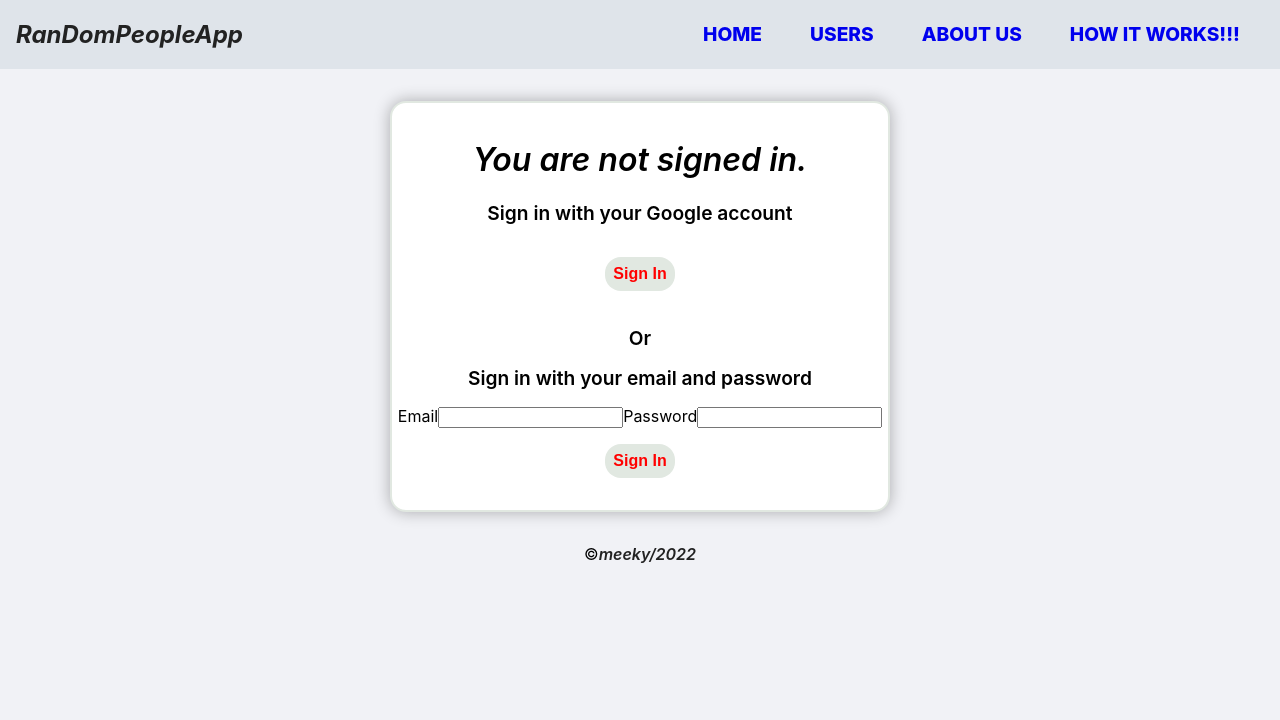
Repository: MikkyPrestige/RandomProfiles
Page: /profileDisplay
An editor plug-in stored every save of this project. The page is shown before and after the next save, followed by the edit.
The browser window is 1280 px wide. The pictures show the whole page.
The page's requests for data from a server got no answer. The project was rebuilt for these pictures with package versions that can differ from the ones it lists, and the page was loaded fresh each time. Some packages were replaced by stand-ins written for this rebuild. No one was signed in, and anything a server would have sent is missing. Also part of the build but not shown: src/assets/styles/home.css, src/components/home.jsx, src/components/users.jsx, src/assets/styles/search.css, src/components/search.jsx, src/assets/styles/help.css, src/components/help.jsx, src/assets/styles/about.css and 5 more.

Above is the page before, as saved 2022-12-02 03:01:24.

### public/index.html
<!DOCTYPE html>
<html lang="en">

<head>
  <meta charset="utf-8" />
  <link rel="icon" href="%PUBLIC_URL%/favicon.ico" />
  <meta name="viewport" content="width=device-width, initial-scale=1" />
  <meta name="theme-color" content="#000000" />
  <meta name="description" content="Web site created using create-react-app" />
  <link rel="apple-touch-icon" href="%PUBLIC_URL%/logo192.png" />
  <!--
      manifest.json provides metadata used when your web app is installed on a
      user's mobile device or desktop. See https://developers.google.com/web/fundamentals/web-app-manifest/
    -->
  <link rel="manifest" href="%PUBLIC_URL%/manifest.json" />
  <!--
      Notice the use of %PUBLIC_URL% in the tags above.
      It will be replaced with the URL of the `public` folder during the build.
      Only files inside the `public` folder can be referenced from the HTML.

      Unlike "/favicon.ico" or "favicon.ico", "%PUBLIC_URL%/favicon.ico" will
      work correctly both with client-side routing and a non-root public URL.
      Learn how to configure a non-root public URL by running `npm run build`.
    -->
  <title>AltSchool Assignment 2</title>
</head>

<body>
  <noscript>You need to enable JavaScript to run this app.</noscript>
  <div id="root"></div>
  <!--
      This HTML file is a template.
      If you open it directly in the browser, you will see an empty page.

      You can add webfonts, meta tags, or analytics to this file.
      The build step will place the bundled scripts into the <body> tag.

      To begin the development, run `npm start` or `yarn start`.
      To create a production bundle, use `npm run build` or `yarn build`.
    -->
</body>

</html>

### src/index.css
body {
  margin: 0;
  font-family: -apple-system, BlinkMacSystemFont, 'Segoe UI', 'Roboto', 'Oxygen',
    'Ubuntu', 'Cantarell', 'Fira Sans', 'Droid Sans', 'Helvetica Neue',
    sans-serif;
  -webkit-font-smoothing: antialiased;
  -moz-osx-font-smoothing: grayscale;
  background-color: #f1f2f6;
}

code {
  font-family: source-code-pro, Menlo, Monaco, Consolas, 'Courier New',
    monospace;
}

### src/App.jsx
import * as React from "react";
import { ErrorBoundary } from "react-error-boundary";
import { Route, Routes } from "react-router-dom";
import {
  Layout,
  Home,
  Users,
  Search,
  Help,
  About,
  Error,
  ErrorFallBack,
  Profile,
  ProfileDisplay,
  Footer,
} from "./components";

const App = () => {
  return (
    <div className="App">
      <main>
        <ErrorBoundary FallbackComponent={ErrorFallBack}>
          <Layout />
          <Routes>
            <Route path="/" element={<Home />} />
            <Route path="users">
              <Route index element={<Users />} />
              <Route path=":id" element={<Search />} />
            </Route>
            <Route path="profile" element={<Profile />} />
            <Route path="profileDisplay" element={<ProfileDisplay />} />
            <Route path="help" element={<Help />} />
            <Route path="about" element={<About />} />
            <Route path="*" element={<Error />} />
          </Routes>
        </ErrorBoundary>
        <Footer />
      </main>
    </div>
  );
};

export default App;

### src/components/index.js
export { default as Layout } from "./layout";
export { default as Home } from "./home";
export { default as Users } from "./users";
export { default as Search } from "./search";
export { default as Help } from "./help";
export { default as About } from "./about";
export { default as Error } from "./error";
export { default as ErrorFallBack } from "./errorFallback";
export { default as Profile } from "./profile";
export { default as ProfileDisplay } from "./profileDisplay";
export { Footer } from "./avatar";

### src/components/layout.jsx
// LAYOUT COMPONENT - This component is for the App Layout that displays the Navigation bar in the app UI to the user when app is open

import { NavLink } from "react-router-dom";
import "../assets/styles/layout.css";

const CustomNavLink = ({ to, ...props }) => {
  let activeStyle = {
    textDecoration: 'underline',
    color: 'red',
  };

  return (
    <NavLink
      style={({ isActive }) =>
        isActive ? activeStyle : { textDecoration: 'none' }
      }
      to={to}
      end
      {...props}
    />
  );
};


const Layout = () => {

  return (
    <nav className="layout">
      <div className="app-header">
        <h1>RanDomPeopleApp</h1>
      </div>
      <div className="nav__items">
        <CustomNavLink to="/" className="nav__item">Home</CustomNavLink>
        <CustomNavLink to="profile" className="nav__item">Users</CustomNavLink>
        <CustomNavLink to="about" className="nav__item">About us</CustomNavLink>
        <CustomNavLink to="help" className="nav__item">How it works!!!</CustomNavLink>
      </div>
    </nav>
  );
}

export default Layout;

### src/components/profileDisplay.jsx
import { useEffect, useState } from "react";
import {
  auth,
  provider,
  signInWithRedirect,
  onAuthStateChanged,
  createUserWithEmailAndPassword,
  signInWithEmailAndPassword,
  sendPasswordResetEmail,
  signOut,
  deleteUser,
} from "../config";
import { Avatar } from "./avatar";

const ProfileDisplay = () => {
  const [user, setUser] = useState(null);
  const [email, setEmail] = useState("");
  const [password, setPassword] = useState("");
  const [error, setError] = useState("");
  const [registerError, setRegisterError] = useState("");
  // const [loading, setLoading] = useState(false);

  useEffect(() => {
    onAuthStateChanged(auth, (user) => {
      if (user) {
        setUser(user);
      } else {
        setUser(null);
      }
    });
  }, []);

  // handle onchange
  const handleChange = (e) => {
    const { name, value } = e.target;
    if (name === "email") {
      setEmail(value);
    }
    if (name === "password") {
      setPassword(value);
    }
  };

    // handle register form
    const handleRegister = (e) => {
      e.preventDefault();
      createUserWithEmailAndPassword(auth, email, password)
        .then(() => {
          // Signed in
          console.log("User account created & signed in!");
        })
        .catch((error) => {
          if (error.code === "auth/email-already-in-use") {
            setRegisterError("This email address is already in use!");
          }
          if (error.code === "auth/invalid-email") {
            setRegisterError("This email address is invalid!");
          }
          console.error(error);
        });
    };

  // handle sign In
  const signIn = (e) => {
    e.preventDefault();
    signInWithRedirect(auth, provider);
  };

  // sign in with email and password
  const handleSignIn = (e) => {
    e.preventDefault();
    signInWithEmailAndPassword(auth, email, password)
      .then(() => {
        console.log("User signed in!");
      })
      .catch((error) => {
        if (error.code === "auth/wrong-password") {
          setError("Wrong password!");
        }
        if (error.code === "auth/user-not-found") {
          setError("User not found!");
        }
        console.error(error);
      });
  };

   // Send a password reset email
   const handlePasswordReset = (e) => {
    e.preventDefault();
    sendPasswordResetEmail(auth, email)
      .then(() => {
        console.log("Password reset email sent!");
      })
      .catch((error) => {
        const errorCode = error.code;
        const errorMessage = error.message;
        console.error(errorCode, errorMessage);
      });
  };

  // handle sign out
  const handleSignOut = (e) => {
    e.preventDefault();
    signOut(auth)
      .then(() => {
        console.log("User signed out!");
      })
      .catch((error) => {
        console.error(error);
      });
  };

  // handle delete user
  const handleDelete = (e) => {
    e.preventDefault();
    deleteUser(auth.currentUser)
      .then(() => {
        console.log("User deleted!");
      })
      .catch((error) => {
        console.error(error);
      });
  };

  return (
    <div className="profile">
      <div className="profile__container">
        <div className="profile__desc">
          {user ? (
            <div className="profile__user">
              <h1 className="profile__title">Profile Display</h1>
              <Avatar
                image={user.photoURL}
                style={{ width: "10rem", height: "10rem", borderRadius: "50%" }}
              />
              <p className="profile__detail">
                <strong>Signed in account name: </strong>
                {user.displayName}
              </p>
              <p className="profile__detail">
                <strong>Signed in email: </strong>
                {user.email}
              </p>
              <div className="btn__wrapper">
                <button onClick={handleSignOut} className="btn">
                  Sign Out
                </button>
                <button
                  type="submit"
                  onClick={handlePasswordReset}
                  className="btn"
                >
                  Send Password Reset Email
                </button>
                <button onClick={handleDelete} className="btn">
                  Delete Account
                </button>
              </div>
            </div>
          ) : (
            <div className="profile__user">
              <div className="sign__wrapper">
                <h1 className="profile__title">You are not signed in.</h1>
                <h2 className="sign__heading">
                  Sign in with your Google account
                </h2>
                <button onClick={signIn} className="btn">
                  Sign In
                </button>
                <p className="sign__heading">Or</p>
                <h2 className="sign__heading">
                  Sign in with your email and password
                </h2>
                <form onSubmit={handleSignIn} className="form">
                  <div className="form__group">
                    <label htmlFor="email" className="form__label">
                      Email
                    </label>
                    <input
                      type="email"
                      name="email"
                      id="email"
                      value={email}
                      onChange={handleChange}
                      className="form__input"
                    />

                    <label htmlFor="password" className="form__label">
                      Password
                    </label>
                    <input
                      type="password"
                      name="password"
                      id="password"
                      value={password}
                      onChange={handleChange}
                      className="form__input"
                    />

                    <button type="submit" className="btn">
                      Sign In
                    </button>

                    {error && <p className="error">{error}</p>}
                  </div>
                </form>
              </div>
            </div>
          )}
        </div>
      </div>
    </div>
  );
};

export default ProfileDisplay;

### src/components/avatar.jsx
// AVATAR COMPONENT - This component is for the Images used in the app.

import "../assets/styles/layout.css";

export const Avatar = ({ image = "", alt = "", style = {} }) => {
  return (
    <div className="avatar">
      <img src={image} alt={alt} style={style} />
    </div>
  );
};

// FOOTER COMPONENT - for the attribution

export const Footer = () => {
  return (
    <div className="attribution">
      <footer>
        &copy;
        <a
          href="https://github.com/MeekyBerry"
          target="_blank"
          rel="noreferrer"
          className="footer"
        >
          meeky/2022
        </a>
      </footer>
    </div>
  );
};

### src/assets/styles/layout.css
.layout {
  background-color: #dfe4ea;
  padding: 0rem 1rem;
  color: #222;
  display: flex;
  align-items: center;
  justify-content: space-between;
}

.app-header {
  font-style: italic;
}

.nav__items {
  display: flex;
  align-items: center;
  list-style: none;
  flex-wrap: wrap;
}

.nav__item {
  font-size: 1.2rem;
  font-weight: 800;
  padding: 1rem 1.5rem;
  text-transform: uppercase;
}

.attribution {
  text-align: center;
}

.footer {
  color: #222;
  text-decoration: none;
  cursor: pointer;
  font-style: italic;
  font-weight: 600;
}

### src/assets/styles/users.css
.users {
  background-color: #fff;
  border: 1px solid #ccc;
  border-radius: 0.5rem;
  padding: 1rem;
  margin: 1rem;
}

.users__heading {
  text-align: center;
  text-transform: uppercase;
  font-size: 1.5rem;
  font-weight: bold;
  margin-bottom: 1rem;
}

/* TOP BUTTON  */
.top__btn {
  display: flex;
  justify-content: space-between;
  align-items: center;
  margin-bottom: 1rem;
}

.cta {
  background-color: #fff;
  border: 1px solid #ccc;
  border-radius: 1rem;
  padding: 0.5rem;
  margin: 1rem;
  font-size: 1rem;
  font-weight: bold;
  cursor: pointer;
}

.page__num {
  background-color: #7fffd4;
  color: #fff;
  border: none;
  border-radius: 50%;
  padding: 0.5rem;
  font-size: 1.5rem;
  font-weight: bold;
  cursor: pointer;
}

.users__list {
  list-style: none;
  padding: 2rem;
  margin: 1rem auto;
  width: 85%;
  display: grid;
  grid-template-columns: repeat(3, minmax(200px, 1fr));
  grid-gap: 3rem;
}

.user__items {
  padding: 1rem;
  border-bottom: 1px solid #ccc;
}

.user__item {
  background-color: #fff;
  border: 1px solid #ccc;
  border-radius: 0.5rem;
  padding: 1rem;
}

.user__img {
  width: 80%;
  border-radius: 10%;
  margin-left: 1rem;
}

/* BUTTON BELOW */
.bottom__btn {
  display: flex;
  justify-content: center;
  align-items: center;
}

.btn {
  background-color: #1e90ff;
  color: #f1f2f6;
  border: none;
  border-radius: 1rem;
  padding: 0.5rem 1rem;
  margin: 1rem;
  font-size: 1rem;
  font-weight: bold;
  cursor: pointer;
}

.active:hover {
  background-color: #ced6e0;
  color: #1e90ff;
}

.active:active {
  background-color: #70a1ff;
  color: #ced6e0;
}

.btn__array {
  padding: 0.5rem;
  margin: 0.5rem;
  font-size: 1rem;
  font-weight: bold;
  border-radius: 0.5rem;
  border: none;
  cursor: pointer;
}

.pagination {
  text-align: center;
}

.search__box {
  display: flex;
  justify-content: center;
  align-items: center;
}

.search__link {
  background-color: #fff;
  border: 1px solid #ccc;
  color: #1e90ff;
  border-radius: 1rem;
  width: 18rem;
  padding: 0.5rem;
  margin: 1rem;
  font-size: 1rem;
  font-weight: bold;
  cursor: pointer;
  text-align: center;
  text-decoration: none;
  animation: search 1s ease-in-out infinite;
}

.search__link:hover {
  background-color: #1e90ff;
  color: #fff;
  animation: none;
}

.search__link:active {
  background-color: #70a1ff;
  color: #fff;
  animation: none;
}

@keyframes search {
  0% {
    transform: scale(1);
  }

  50% {
    transform: scale(1.2);
  }

  100% {
    transform: scale(1);
  }
}

### src/config/index.js
// Import the functions you need from the SDKs you need
import { initializeApp } from "firebase/app";
import {
  getAuth,
  signInWithRedirect,
  GoogleAuthProvider,
  getRedirectResult,
  onAuthStateChanged,
  createUserWithEmailAndPassword,
  signInWithEmailAndPassword,
  sendPasswordResetEmail,
  updatePassword,
  signOut,
  deleteUser,
} from "firebase/auth";

// web app's Firebase configuration
const firebaseConfig = {
  apiKey: "AIzaSyCfrfw6chi091bWLqJvanxAUTxgJ5XqEu0",
  authDomain: "random-people-app.firebaseapp.com",
  projectId: "random-people-app",
  storageBucket: "random-people-app.appspot.com",
  messagingSenderId: "1097586453252",
  appId: "1:1097586453252:web:4575afe7663a752ae77e51",
};

// Initialize Firebase
const app = initializeApp(firebaseConfig);
// Setup Google auth provider
const provider = new GoogleAuthProvider();

const auth = getAuth();

export {
  app,
  provider,
  auth,
  signInWithRedirect,
  getRedirectResult,
  onAuthStateChanged,
  createUserWithEmailAndPassword,
  signInWithEmailAndPassword,
  sendPasswordResetEmail,
  updatePassword,
  signOut,
  deleteUser,
};

### src/assets/styles/profile.css
.profile {
  padding: 2rem;
  height: 100%;
}

.or {
  font-size: 1.5rem;
  color: #7fffd4;
  font-weight: bold;
  margin: 1rem 0;
}

.profile__container {
  display: flex;
  flex-direction: column;
  align-items: center;
  justify-content: center;
}

.profile__desc {
  text-align: center;
  max-width: 500px;
  width: 100%;
}

.profile__user {
  background-color: #fff;
  border: 2px solid #e1e8e1;
  border-radius: 1rem;
  box-shadow: 0 0 1rem rgba(0, 0, 0, 0.3);
  padding: 1rem 0;
}

.profile__title {
  font-size: 2rem;
  font-weight: 600;
  font-style: oblique;
}

.profile__detail {
  font-size: 1.2rem;
  font-weight: 400;
}

.btn__wrapper {
  display: flex;
  justify-content: center;
  align-items: center;
  gap: 5rem;
  margin-top: 2rem;
}

.btn {
  background-color: #e1e8e1;
  color: red;
  border: none;
  border-radius: 1rem;
  padding: .5rem;
  font-size: 1rem;
  cursor: pointer;
}

.btn:hover {
  background-color: #d1d8d1;
  color: #0651ddbb;
}

.btn:active {
  background-color: #c1c8c1;
  color: #0651ddbb;
}

.sign__btn {
  background-color: #0651ddbb;
  color: #fff;
  border: none;
  border-radius: 1rem;
  padding: .5rem 1rem;
  font-size: 1rem;
  cursor: pointer;
}

.sign__btn:hover {
  background-color: #0651dd;
  color: #fff;
}

.sign__btn:active {
  background-color: #0651dd;
  color: #fff;
}

.sign__heading {
  font-size: 1.2rem;
  font-weight: 600;
  text-align: center;
  margin-bottom: 1rem;
}

.sign__form {
  display: flex;
  flex-direction: column;
  justify-content: center;
  align-items: center;
}

.sign__label {
  font-size: 1rem;
  font-weight: 600;
  margin-bottom: .5rem;
}

.sign__input {
  border: 1px solid #e1e8e1;
  border-radius: 1rem;
  padding: .5rem;
  font-size: 1rem;
  margin-bottom: 1rem;
}

.sign__input:focus {
  outline: none;
}

.register__container {
  margin-top: 2rem;
  border-top: 1px solid #ccc;
}

.register__title {
  font-size: 1.5rem;
  font-weight: 600;
}

.register__group {
  display: flex;
  justify-content: center;
  align-items: center;
  gap: 1rem;
  margin: 1rem;
}

.register__label {
  font-size: 1rem;
  font-weight: 600;
}

.register__input {
  border: 1px solid #e1e8e1;
  border-radius: 1rem;
  padding: .5rem;
  font-size: 1rem;
}

.register__input:focus {
  outline: none;
}

.error {
  color: red;
  font-size: 1rem;
  font-weight: 600;
  margin-top: -.8rem;
}

Loaded but not shown: src/index.js (common file)

After the next save:
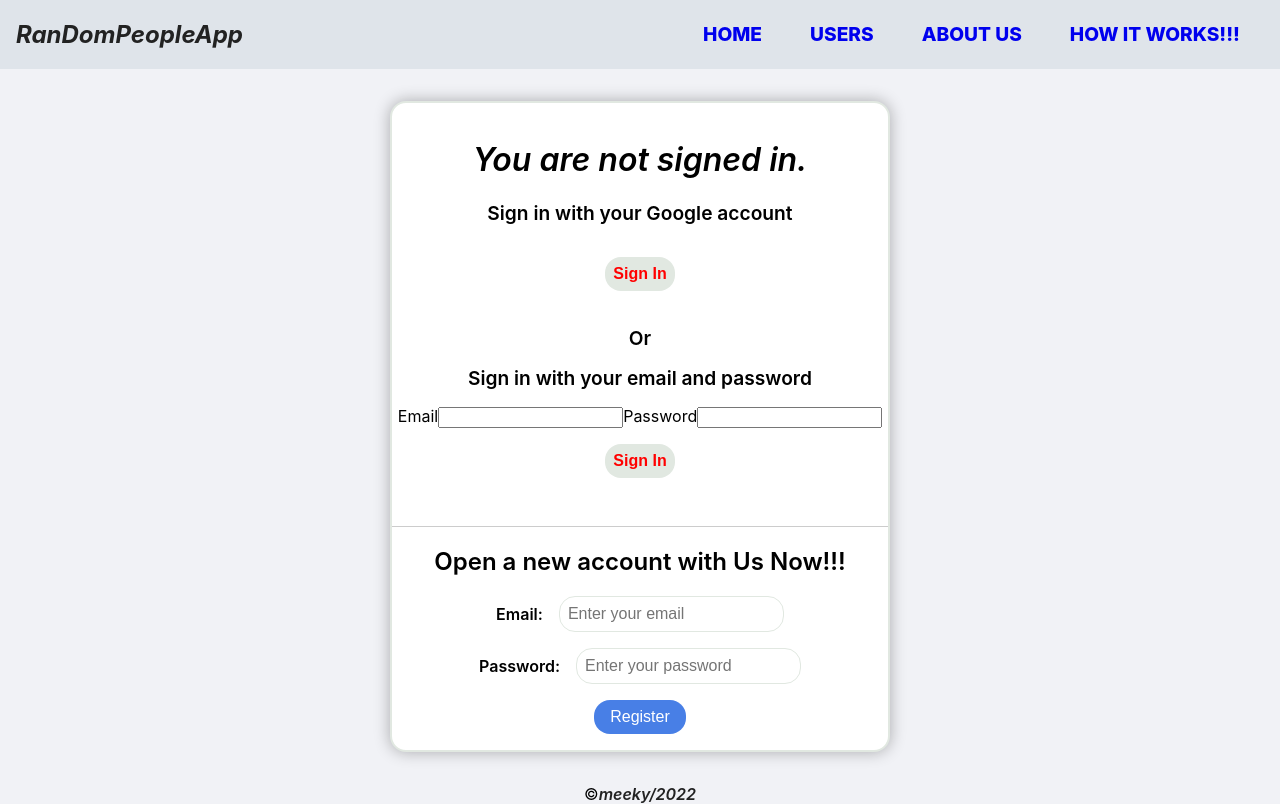
Saved 41 s later.
--- a/src/components/profileDisplay.jsx
+++ b/src/components/profileDisplay.jsx
@@ -205,6 +205,43 @@ const ProfileDisplay = () => {
                   </div>
                 </form>
               </div>
+              <div className="register__container">
+                <h2 className="register__title">
+                  Open a new account with Us Now!!!
+                </h2>
+                <form onSubmit={handleRegister} className="register__form">
+                  <div className="register__group">
+                    <label htmlFor="email" className="register__label">
+                      Email:
+                    </label>
+                    <input
+                      type="email"
+                      name="email"
+                      value={email}
+                      placeholder="Enter your email"
+                      onChange={handleChange}
+                      className="register__input"
+                    />
+                  </div>
+                  {error && <p className="error">{error}</p>}
+                  <div className="register__group">
+                    <label htmlFor="password" className="register__label">
+                      Password:
+                    </label>
+                    <input
+                      type="password"
+                      name="password"
+                      placeholder="Enter your password"
+                      value={password}
+                      onChange={handleChange}
+                      className="register__input"
+                    />
+                  </div>
+                  <button type="submit" className="sign__btn">
+                    Register
+                  </button>
+                </form>
+              </div>
             </div>
           )}
         </div>
